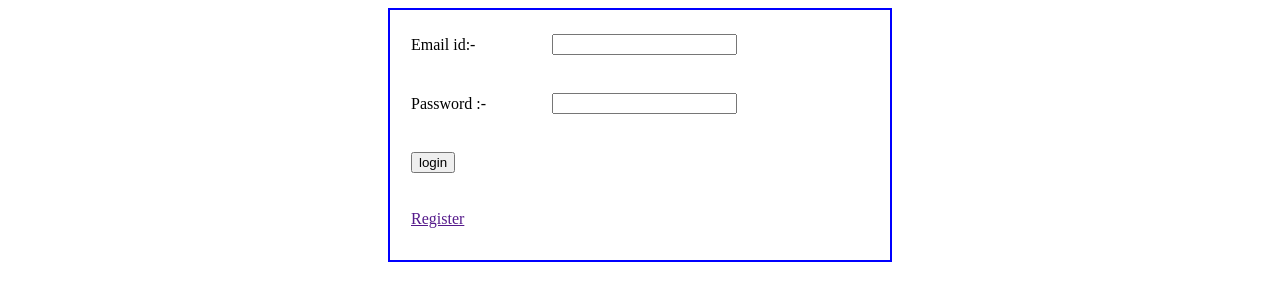
Repository: ShivrajMPujari/ServletApplication
Page: http://localhost/LoginReg/
An editor plug-in stored every save of this project. The page is shown before and after the next save, followed by the edit.
The browser window is 1280 px wide. The pictures show the whole page.
The page is served by Tomcat 9. Other server files are loaded and not shown.

Above is the page before, as saved 2018-07-09 05:51:48.

### LoginReg/WebContent/index.html
<!DOCTYPE html>
<html>
<head>
<meta charset="UTF-8">
<title>Insert title here</title>
<link rel="stylesheet" href="index.css"/>
</head>
<body>

<div class="tableDiv">
<form action="">
<table class="loginTabel" cellspacing="10">
<tr>
	<td> Email id:- </td> <td> <input type="email" /></td>
</tr>

<tr>
	<td>Password :- </td> <td> <input type="password" /> </td>
</tr>

<tr>
<td colspan="2"> <input type="submit" value="login" /></td>
</tr>

<tr>
<td colspan="2"> <a href="">Register</a></td>
</tr>
</table>
</form>
</div>
</body>
</html>

### LoginReg/WebContent/index.css
@CHARSET "UTF-8";

.tableDiv{
	height:250px;
	width:500px;
	margin:auto;
	border:2px solid blue;
}
.loginTabel{

	height:240px;
	width:480px;
	margin:auto;

}
tr{
	height: 20px;
}

After the next save:
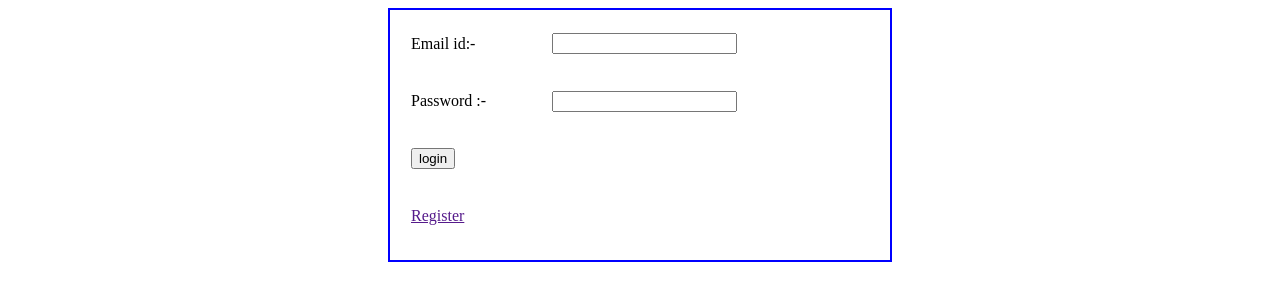
Saved 9 s later.
--- a/LoginReg/WebContent/index.css
+++ b/LoginReg/WebContent/index.css
@@ -14,5 +14,5 @@
 
 }
 tr{
-	height: 20px;
+	height: 40px;
 }
